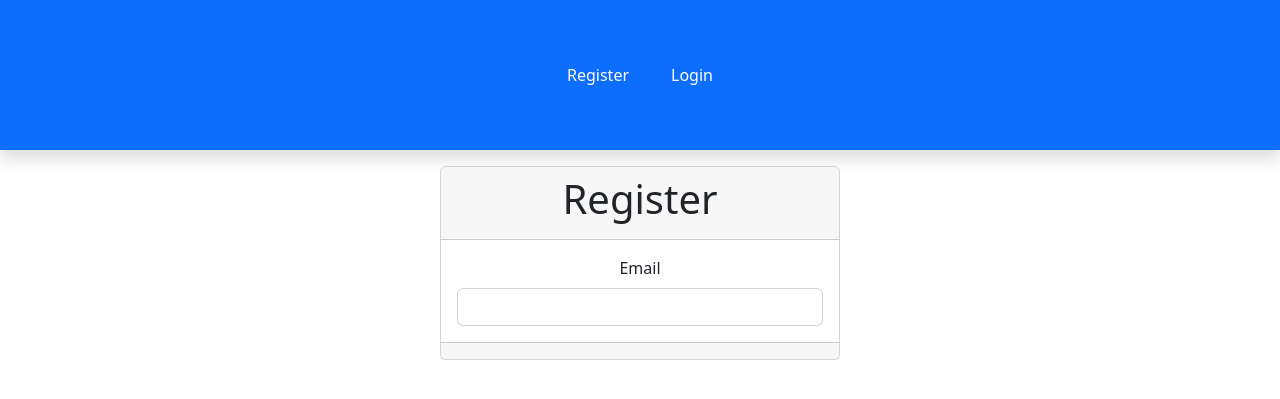
Repository: loveleii/firebase-login-logout
Page: /
The author's editor kept a copy of each file at every save. The page is drawn from the files as they stood at one save, then again after the next save.
The browser window is 1280 px wide. The pictures show the whole page.
The project was rebuilt for these pictures with package versions that can differ from the ones it lists, and the page was loaded fresh each time. Also part of the build but not shown: vite.config.ts, src/views/loginView.vue, src/assets/main.css.

Above is the page before, as saved 2023-03-04 19:41:52.

### src/main.js
import { createApp } from 'vue'
import { createPinia } from 'pinia'

import App from './App.vue'
import router from './router'
import "bootstrap/dist/css/bootstrap.min.css"
import bootstrap from "bootstrap/dist/js/bootstrap.bundle.js"

import './assets/main.css'

const app = createApp(App)

app.use(createPinia())
app.use(router)

app.mount('#app')

### src/App.vue
<script setup lang="ts">
import { RouterLink, RouterView } from 'vue-router'

</script>

<template>
  <div>
        <header class="bg-primary p-5 shadow">
            <div class="container_header">
                <div class="d-flex">
                    <RouterLink to="/" style="text-decoration: none;"><text class="text-white m-2 btn btn-primary">Register</text></RouterLink>
                    <RouterLink to="/login" style="text-decoration: none;"><text class="text-white m-2 btn btn-primary">Login</text></RouterLink>
                </div>
            </div>
        </header>
    </div>
    <div class="center_container m-3 rounded text-center">
      <RouterView />
    </div>

</template>

<style>
.container_header{
  display: grid;
  place-content: center;
}
.center_container{
  display: grid;
  place-content: center;
}

</style>

### src/router/index.js
import { createRouter, createWebHistory } from 'vue-router'
import registerView from '../views/registerView.vue'
import loginView from '../views/loginView.vue'

const router = createRouter({
  history: createWebHistory(import.meta.env.BASE_URL),
  routes: [
    {
      path: '/',
      name: 'reg',
      component: registerView
    },
    {
      path: '/login',
      name: 'log',
      component: loginView
    },

  ]
})

export default router

### src/views/registerView.vue
<template>
    <div class="card">
        <div class="card-header">
            <h1>Register</h1>
        </div>
        <div class="card-body float-left">
            <div class="form-group">
                <label for="" class="form-label">Email</label>
                <input type="text" name="" id="" class="form-control">
            </div>

        </div>
        <div class="card-footer">

        </div>
    </div>
</template>

<script>


</script>
<style>
.card{
    width: 400px;
}
</style>

Loaded but not shown: index.html (common file)

After the next save:
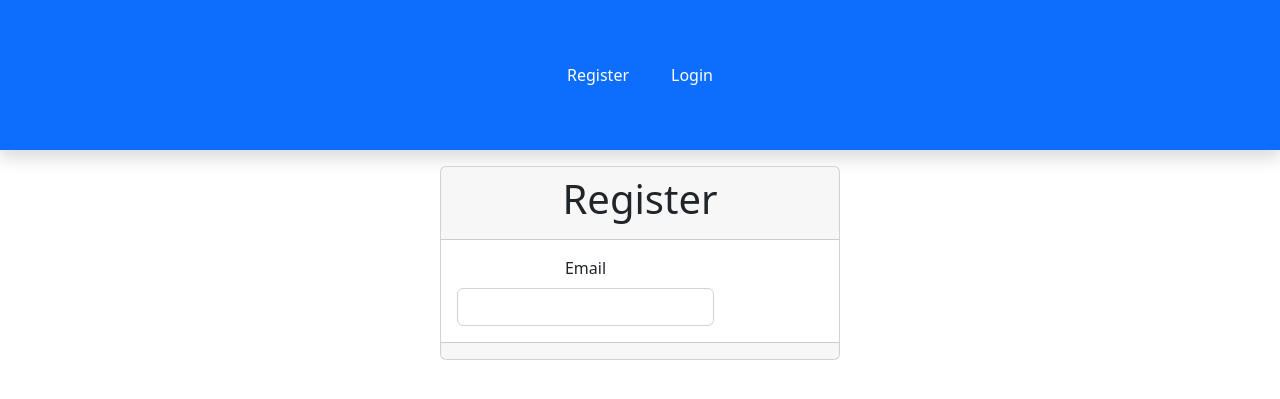
Saved 12 s later.
--- a/src/views/registerView.vue
+++ b/src/views/registerView.vue
@@ -4,7 +4,7 @@
             <h1>Register</h1>
         </div>
         <div class="card-body float-left">
-            <div class="form-group">
+            <div class="form-group float-start">
                 <label for="" class="form-label">Email</label>
                 <input type="text" name="" id="" class="form-control">
             </div>

After the save that followed:
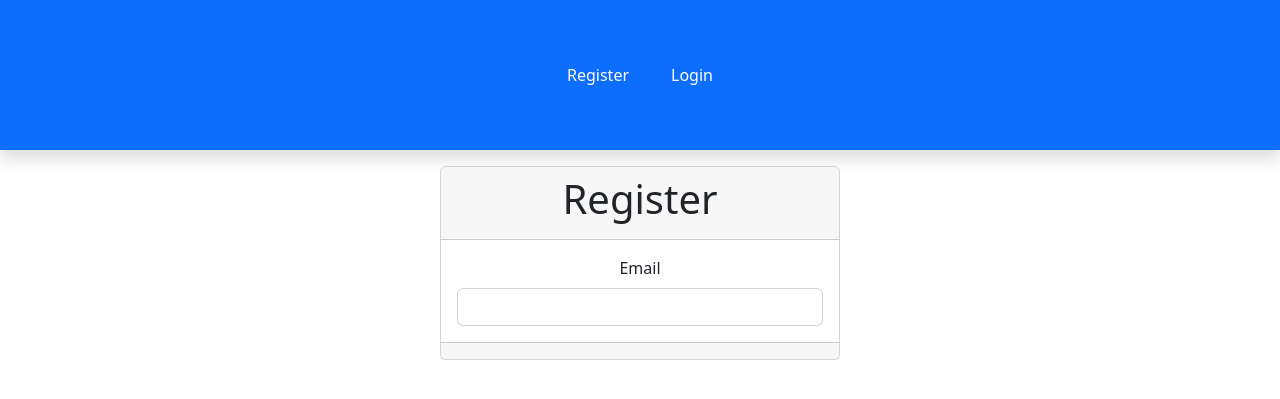
Saved 4 s later.
--- a/src/views/registerView.vue
+++ b/src/views/registerView.vue
@@ -4,7 +4,7 @@
             <h1>Register</h1>
         </div>
         <div class="card-body float-left">
-            <div class="form-group float-start">
+            <div class="form-group">
                 <label for="" class="form-label">Email</label>
                 <input type="text" name="" id="" class="form-control">
             </div>
